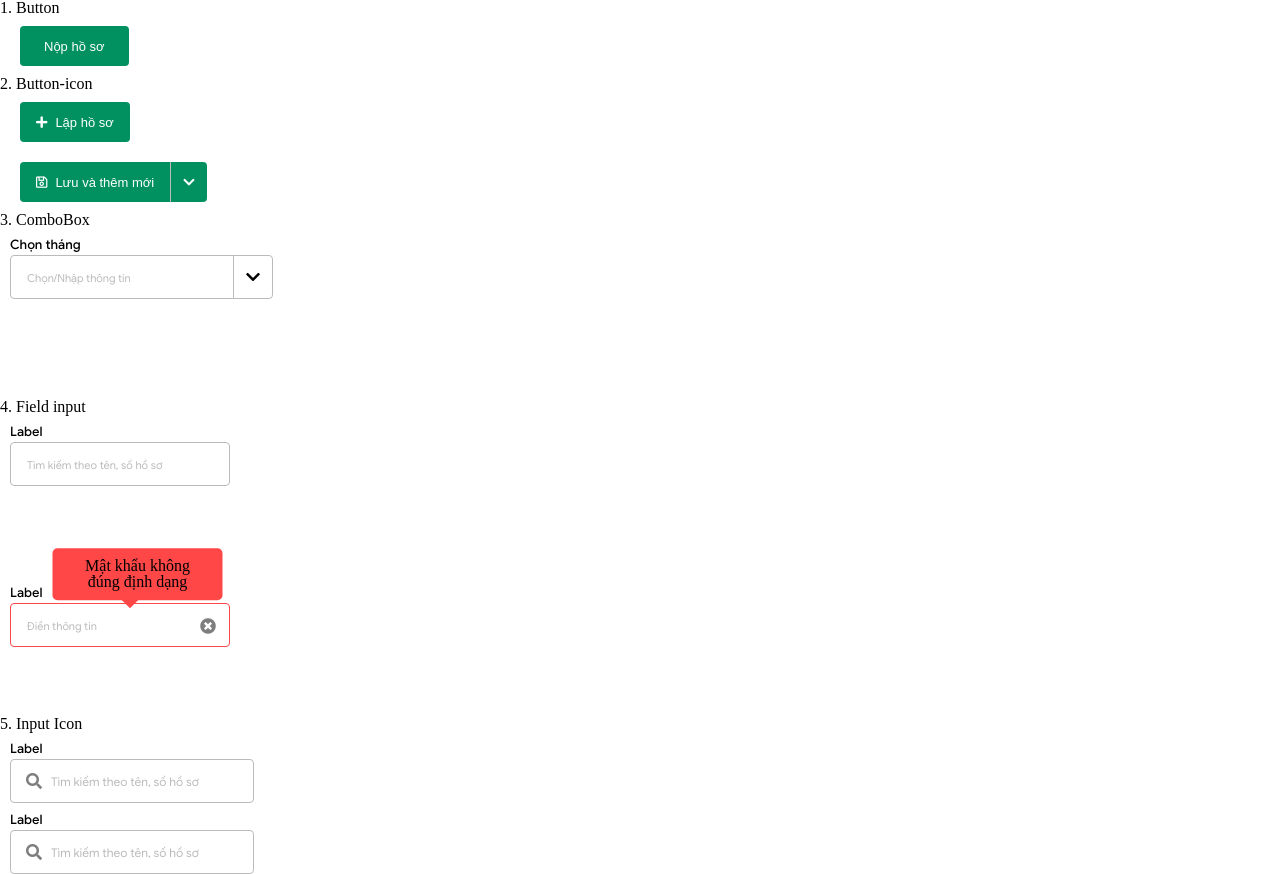
Repository: DAOVANLOI2K1/cukcuk_employeeGrid
Page: Page/index.html
These files come from the project's save history. The page is drawn as it stood at one moment and after a run of saves; the edit follows.
The browser window is 1280 px wide. The pictures show the whole page.

Above is the page before, as saved 2022-06-28 10:24:16.

After the next 2 saves:
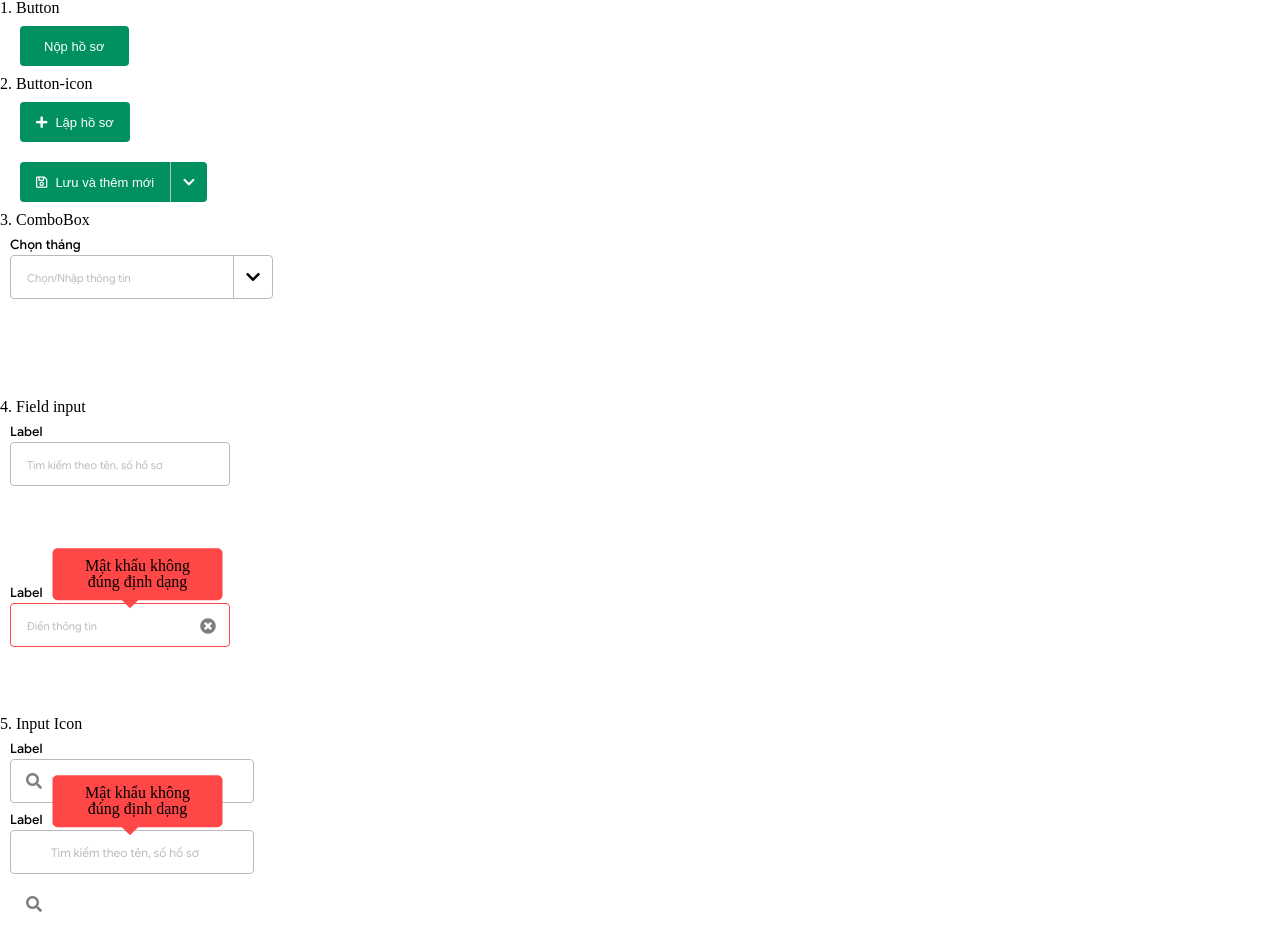
The 2 saves are shown as one change because they came seconds apart.
The last was saved 11 s later.
--- a/Page/index.html
+++ b/Page/index.html
@@ -63,6 +63,9 @@
         <h3 class="label">Label</h3>
         <input type="text" class="ms-input search_input" placeholder="Tìm kiếm theo tên, số hồ sơ">
         <i class="fas fa-search search_icon"></i>
+        <div class="error_box">
+            <h2 class="error_message">Mật khẩu không đúng định dạng</h2>
+        </div>
     </div>
     <script src="../js/main.js"></script>
 </body>

After the save that followed:
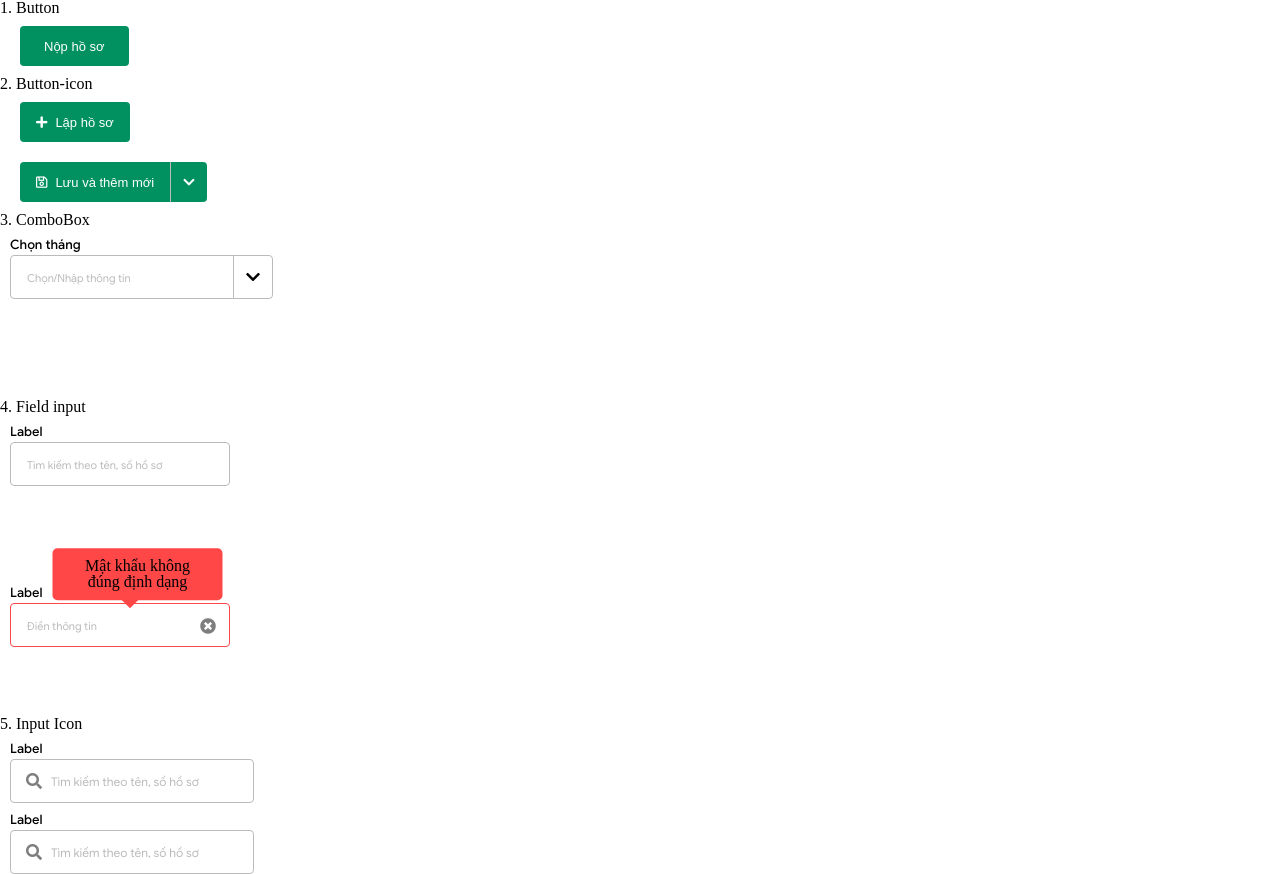
Saved 80 s later.
--- a/Page/index.html
+++ b/Page/index.html
@@ -63,9 +63,9 @@
         <h3 class="label">Label</h3>
         <input type="text" class="ms-input search_input" placeholder="Tìm kiếm theo tên, số hồ sơ">
         <i class="fas fa-search search_icon"></i>
-        <div class="error_box">
+        <!-- <div class="error_box">
             <h2 class="error_message">Mật khẩu không đúng định dạng</h2>
-        </div>
+        </div> -->
     </div>
     <script src="../js/main.js"></script>
 </body>
